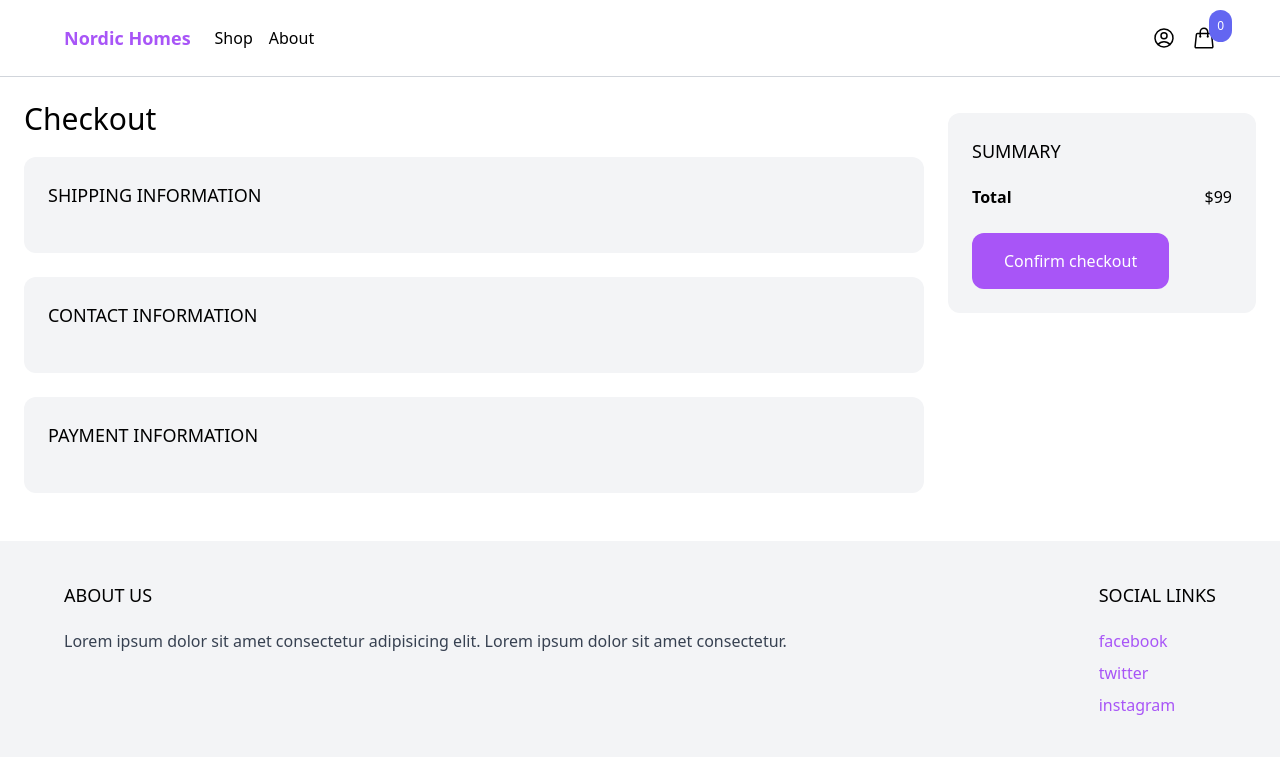
Repository: Calin224/NordicHomes
Page: cart/templates/cart/checkout.html
An editor plug-in stored every save of this project. The page is shown before and after the next save, followed by the edit.
The browser window is 1280 px wide. The pictures show the whole page.
Some web libraries are served in a nearby version. The template is drawn by Django 4.2. The application's start-up code is not run. Other server files are loaded and not shown. The template is opened directly, without the code that normally fills it, so the values that code supplies are empty.

Above is the page before, as saved 2023-02-16 21:04:15.

### cart/templates/cart/checkout.html
{% extends 'core/base.html' %}

{% block content %}

<div class="max-2-6xl mx-auto flex flex-wrap items-start py-6 px-6 ">
    <div class="products w-full lg:w-3/4">
        <h1 class="mb-5 text-3xl">Checkout</h1>

        <div class="w-full pr-6">
            <div class="mb-6 p-6 bg-gray-100 rounded-xl">
                <h2 class="mb-5 uppercase text-lg">Shipping information</h2>
            </div>

            <div class="mb-6 p-6 bg-gray-100 rounded-xl">
                <h2 class="mb-5 uppercase text-lg">Contact information</h2>
            </div>

            <div class="mb-6 p-6 bg-gray-100 rounded-xl">
                <h2 class="mb-5 uppercase text-lg">Payment information</h2>
            </div>
        </div>
    </div>

    <div class="summary w-full lg:w-1/4 p-6 bg-gray-100 rounded-xl mt-3">
        <h2 class="uppercase text-lg mb-5">Summary</h2>

        <div class="mb-6 flex justify-between">
            <span class="font-semibold">Total</span>
            <span>$99</span>
        </div>

        <a href="#" class="inline-block px-8 py-4 rounded-xl bg-purple-500 hover:bg-purple-700 text-white">Confirm checkout</a>
    </div>
</div>

{% endblock %}

### core/templates/core/base.html
<!DOCTYPE html>
<html lang="en">

<head>
    <meta charset="UTF-8">
    <meta name="viewport" content="width=device-width, initial-scale=1.0">
    <script src="https://cdn.tailwindcss.com"></script>
</head>

<body>
    <nav class="border-b border-gray-300">
        <div class="max-w-6xl mx-auto py-2 px-6 xl:px-0 flex items-center justify-between">
            <div class="menu-left flex items-center space-x-6">
                <a href="{% url 'frontpage' %}" class="py-4 text-lg text-purple-500 font-semibold">Nordic Homes</a>

                <ul class="flex items-center space-x-4">
                    <li><a href="{% url 'shop' %}">Shop</a></li>
                    <li><a href="#">About</a></li>


                    {% if request.user.is_authenticated %}
                        <li><a href="{% url 'logout' %}" class="px-4 py-2 bg-purple-500 hover:bg-purple-700 text-white rounded-lg">Logout</a></li>
                    {% endif %}

                </ul>
            </div>

            <div class="menu-right flex items-center space-x-4">
                <a href="#">
                    <svg xmlns="http://www.w3.org/2000/svg" fill="none" viewBox="0 0 24 24" stroke-width="1.5"
                        stroke="currentColor" class="w-6 h-6">
                        <path stroke-linecap="round" stroke-linejoin="round"
                            d="M17.982 18.725A7.488 7.488 0 0012 15.75a7.488 7.488 0 00-5.982 2.975m11.963 0a9 9 0 10-11.963 0m11.963 0A8.966 8.966 0 0112 21a8.966 8.966 0 01-5.982-2.275M15 9.75a3 3 0 11-6 0 3 3 0 016 0z" />
                    </svg>

                </a>

                {% include 'cart/menu_cart.html' %}
            </div>
        </div>
    </nav>

    <main>
        {% block content %}{% endblock content %}
    </main>

    <footer class="bg-gray-100">
        <div class="max-w-6xl mx-auto py-10 px-6 xl:px-0 md:flex justify-between">
            <div class="footer-left mb-12 md:mb-0">
                <h2 class="mb-5 uppercase text-lg">about us</h2>
                <p class="text-gray-700">Lorem ipsum dolor sit amet consectetur adipisicing elit. Lorem ipsum dolor sit
                    amet consectetur.</p>
            </div>

            <div class="footer-right">
                <h2 class="mb-5 uppercase text-lg">social links</h2>
                <ul class="space-y-2">
                    <li><a href="#" class="text-purple-500 hover:text-purple-800">facebook</a></li>
                    <li><a href="#" class="text-purple-500 hover:text-purple-800">twitter</a></li>
                    <li><a href="#" class="text-purple-500 hover:text-purple-800">instagram</a></li>
                </ul>
            </div>
        </div>
    </footer>

    <script src="https://unpkg.com/htmx.org@1.8.5"></script>
</body>

</html>

### cart/templates/cart/menu_cart.html
<a href="#" id="menu-cart-button" class="relative">
    <svg xmlns="http://www.w3.org/2000/svg" fill="none" viewBox="0 0 24 24" stroke-width="1.5"
        stroke="currentColor" class="w-6 h-6">
        <path stroke-linecap="round" stroke-linejoin="round"
            d="M15.75 10.5V6a3.75 3.75 0 10-7.5 0v4.5m11.356-1.993l1.263 12c.07.665-.45 1.243-1.119 1.243H4.25a1.125 1.125 0 01-1.12-1.243l1.264-12A1.125 1.125 0 015.513 7.5h12.974c.576 0 1.059.435 1.119 1.007zM8.625 10.5a.375.375 0 11-.75 0 .375.375 0 01.75 0zm7.5 0a.375.375 0 11-.75 0 .375.375 0 01.75 0z" />
    </svg>
    <span class="p-2 absolute -top-4 -right-4 bg-indigo-500 text-white text-xs rounded-full">{{cart|length}}</span>
</a>

After the next save:
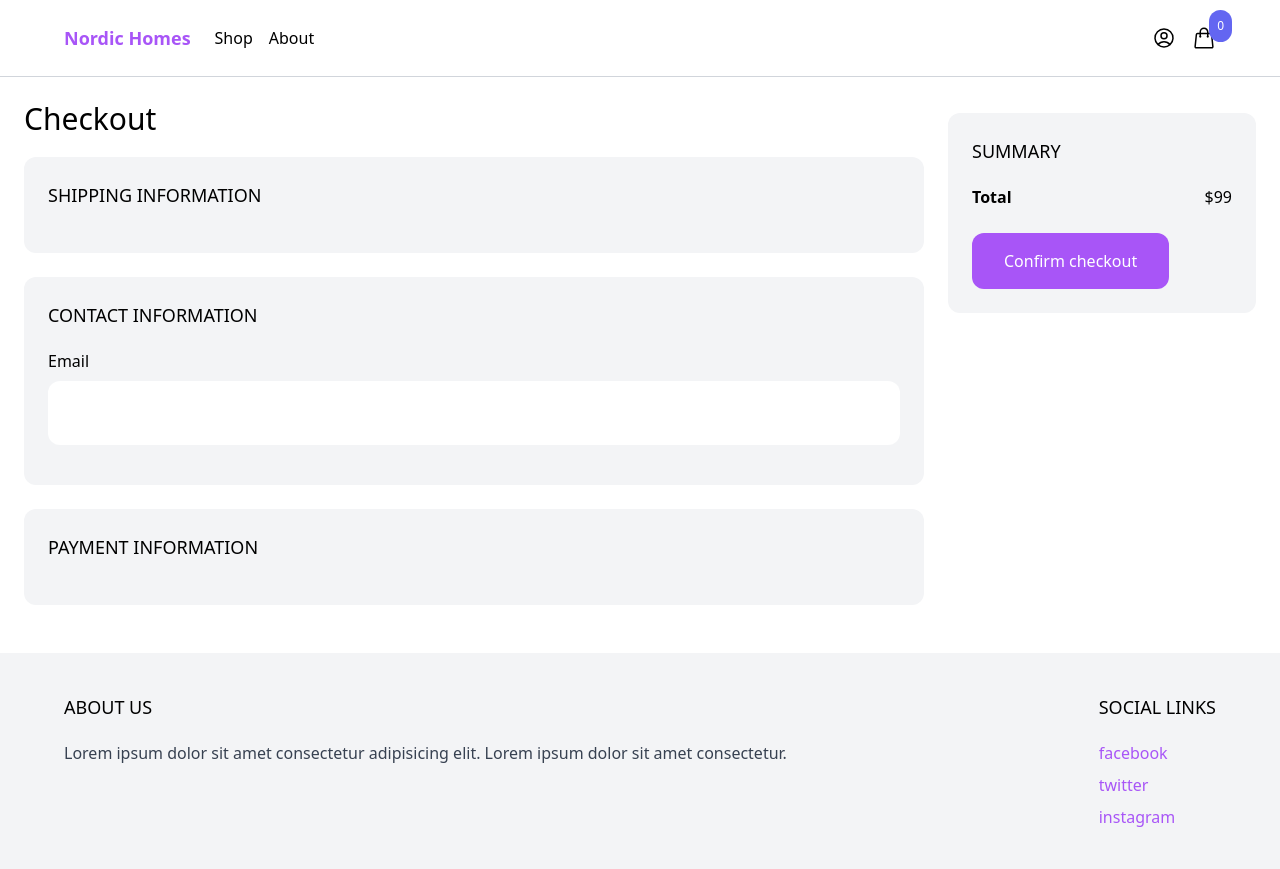
Saved 47 s later.
--- a/cart/templates/cart/checkout.html
+++ b/cart/templates/cart/checkout.html
@@ -13,6 +13,11 @@
 
             <div class="mb-6 p-6 bg-gray-100 rounded-xl">
                 <h2 class="mb-5 uppercase text-lg">Contact information</h2>
+
+                <div class="mb-4">
+                    <label for="" class="inline-block mb-2">Email</label>
+                    <input type="email" class="w-full p-5 rounded-xl">
+                </div>
             </div>
 
             <div class="mb-6 p-6 bg-gray-100 rounded-xl">
